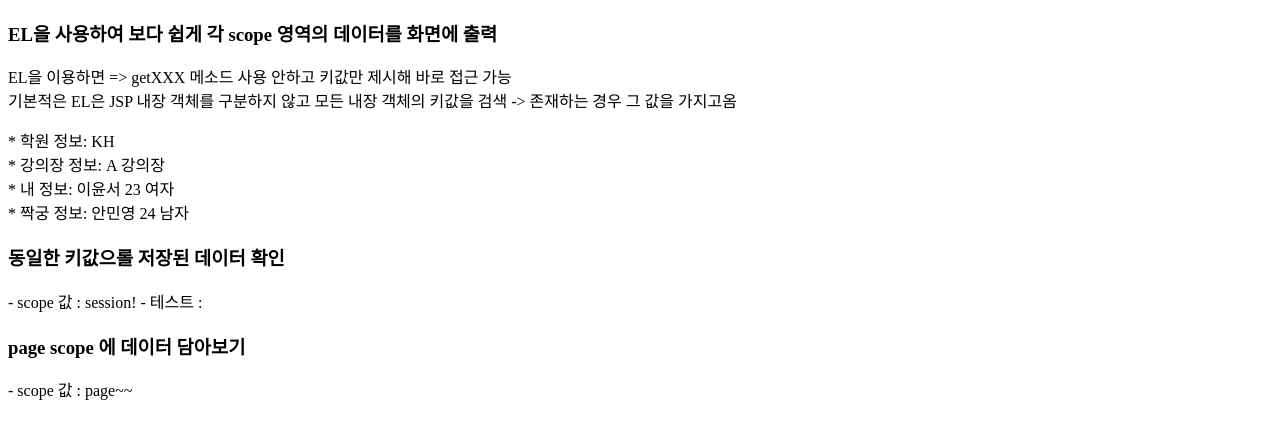
Repository: yoonseo0832/workspace
Page: http://localhost/2_jsp/el.do
An editor plug-in stored every save of this project. The page is shown before and after the next save, followed by the edit.
The browser window is 1280 px wide. The pictures show the whole page.
The page is served by Tomcat 9.

Above is the page before, as saved 2025-03-20 03:39:11.

### 05_server/2_jsp/src/main/webapp/views/2_EL/1_el.jsp
<%@ page language="java" contentType="text/html; charset=UTF-8"
    pageEncoding="UTF-8"%>
<%@ page import="model.vo.Student" %> <!-- 여러 개는 ,로 구분 -->
<!DOCTYPE html>
<html>
<head>
<meta charset="UTF-8">
<title>EL 기본 문법</title>
</head>
<body>
	<%--
	<h3>기존 방식(스크립틀릿, 표현식)으로 각 영역의 scope의 데이터를 화면에 출력</h3>
	<%
		//request scope의 데이터를 가져오기
		String classroom = (String)request.getAttribute("classroom");
		Student student = (Student)request.getAttribute("student");

		// session scope 의 데이터 가져오기
		String academy = (String)session.getAttribute("academy");
		Student std2 = (Student)session.getAttribute("student2");
	%>

	<p>
		* 학원 정보: <%=academy %><br>
		* 강의장 정보:  <%=classroom %><br>
		* 내 정보: <%=std2.getName() %>, <%=std2.getAge() %>, <%=std2.getGender() %><br>
		* 짝궁 정보: <%=student %><br>
	</p>
	--%>
	<h3>EL을 사용하여 보다 쉽게 각 scope 영역의 데이터를 화면에 출력</h3>
	<p>
		EL을 이용하면 => getXXX 메소드 사용 안하고 키값만 제시해 바로 접근 가능<br>
		기본적은 EL은 JSP 내장 객체를 구분하지 않고 모든 내장 객체의 키값을 검색 -> 존재하는 경우 그 값을 가지고옴
	</p>
	<p>
		* 학원 정보: ${ academy }<br>
		* 강의장 정보:  ${ classroom }<br>
		* 내 정보:	${ student2.name } ${ student2.age } ${ student2.gender }<br>
		* 짝궁 정보:	${ student.name } ${ student.age } ${ student.gender }
	</p>
	<h3>동일한 키값으롤 저장된 데이터 확인</h3>
	- scope 값 : ${scope}
	<!--
		EL 에서는 동일한 키값으로 저장된 데이터가 있는 경우
			- 공유 범위가 가장 작은 scope부터 검색 을 함
			page > request > session > application 순서대로 검색함
	 -->
	 - 테스트 : ${test }
	 <!-- 키값이 해당하는 값이 없을 경우 빈 값으로 표시됨 -->

	 <h3>page scope 에 데이터 담아보기</h3>
	 <%
	 	pageContext.setAttribute("scope", "page~~");
	 %>
	 - scope 값 : ${scope}
</body>
</html>

### 05_server/2_jsp/src/main/java/controller/ELServlet.java
package controller;

import java.io.IOException;

import javax.servlet.ServletContext;
import javax.servlet.ServletException;
import javax.servlet.annotation.WebServlet;
import javax.servlet.http.HttpServlet;
import javax.servlet.http.HttpServletRequest;
import javax.servlet.http.HttpServletResponse;
import javax.servlet.http.HttpSession;

import model.vo.Student;

/**
 * Servlet implementation class ELServlet
 */
@WebServlet("/el.do")
public class ELServlet extends HttpServlet {
	private static final long serialVersionUID = 1L;

    /**
     * @see HttpServlet#HttpServlet()
     */
    public ELServlet() {
        super();
        // TODO Auto-generated constructor stub
    }

	/**
	 * @see HttpServlet#doGet(HttpServletRequest request, HttpServletResponse response)
	 */
	protected void doGet(HttpServletRequest request, HttpServletResponse response) throws ServletException, IOException {
		// TODO Auto-generated method stub
		/*
		 * JSP 내장 객체 종류
		 * => 데이터를 담을 수 있는 공간
		 *
		 * 1)  ServletContext (application scope)
		 * 		: 한 어플리케이션 당 1개 존재하는 객체
		 * 		해당 영역에 데이터를 담을 경우 어플리케이션 전역에서 사용 가능
		 * 2) HttpSession (session scope)
		 * 		: 한 브라우저 당 1개 존재하는 객체
		 * 		해당 영역에 데이터를 담을 경우 jsp/servlet 단에서 사용 가능*(공유 가능 범위)
		 * 3) HttpServletRequest (request scope)
		 * 		: 요청마다 매번 생성되는 객체
		 * 		해당 영역에 데이터를 담을 경우 request 객체를 포워딩 받는 응답 jsp에서만 사용 가능
		 * 4) PageContext (page scope)
		 * 		:  jsp 마다 존재하는 객체
		 * 		해당 페이지에서만 사용 가능
		 * ---------------------------------------------------------------------
		 * 위의 4개의 객체들에
		 * 		데이터를 담을 때 xxx.setAttribute("키값", "데이터");
		 * 		데이터를 꺼낼 때 xxx.getAttribute("키값");
		 * 		데이터를 지울 때 xxx.removeAttribute("키값");
		 */

		// request scope 에 데이터 담기
		request.setAttribute("classroom", "A 강의장");
		request.setAttribute("student", new Student("안민영", 24, "남자"));

		//session scope 에 데이터 담기
		HttpSession session = request.getSession();

		session.setAttribute("academy", "KH");

		session.setAttribute("student2", new Student("이윤서", 23, "여자"));

		// request, session scope에 동일한 키값으로 데이터 담기
		request.setAttribute("scope", "request!");
		request.setAttribute("scope", "session!");

		// application scope 에 데이터 담기
		ServletContext application = request.getServletContext();
		application.setAttribute("scope", "application!");

		// jsp 페이지로 응답하기
		request.getRequestDispatcher("/views/2_EL/1_el.jsp").forward(request, response);
	}

	/**
	 * @see HttpServlet#doPost(HttpServletRequest request, HttpServletResponse response)
	 */
	protected void doPost(HttpServletRequest request, HttpServletResponse response) throws ServletException, IOException {
		// TODO Auto-generated method stub
		doGet(request, response);
	}

}

### 05_server/2_jsp/src/main/java/model/vo/Student.java
package model.vo;

public class Student {
	private String name;
	private int age;
	private String gender;

	public Student() {
		super();
	}

	public Student(String name, int age, String gender) {
		this.name = name;
		this.age = age;
		this.gender = gender;
	}

	public String getName() {
		return name;
	}

	public void setName(String name) {
		this.name = name;
	}

	public int getAge() {
		return age;
	}

	public void setAge(int age) {
		this.age = age;
	}

	public String getGender() {
		return gender;
	}

	public void setGender(String gender) {
		this.gender = gender;
	}

	@Override
	public String toString() {
		return "Student [name=" + name + ", age=" + age + ", gender=" + gender + "]";
	}

}

After the next save:
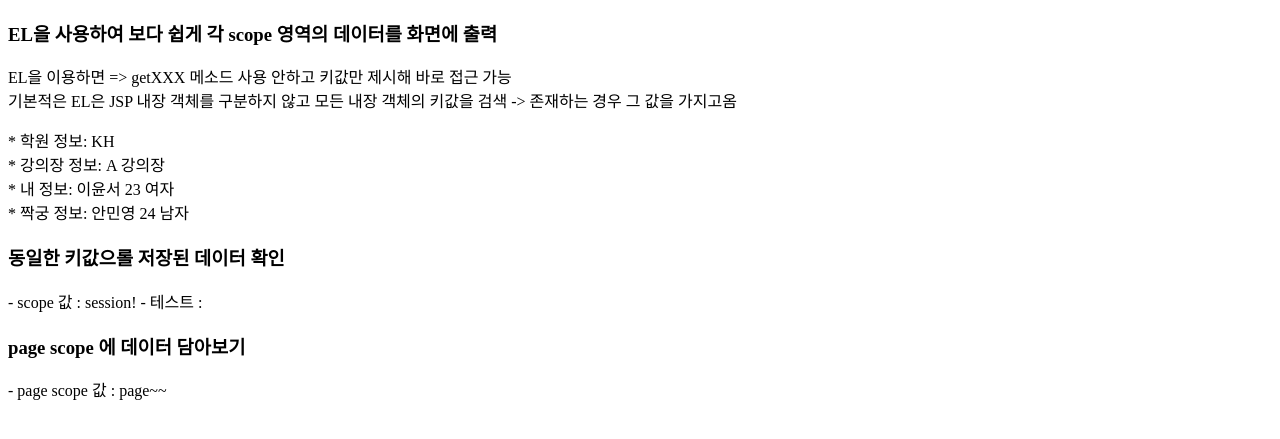
Saved 21 s later.
--- a/05_server/2_jsp/src/main/webapp/views/2_EL/1_el.jsp
+++ b/05_server/2_jsp/src/main/webapp/views/2_EL/1_el.jsp
@@ -52,6 +52,6 @@
 	 <%
 	 	pageContext.setAttribute("scope", "page~~");
 	 %>
-	 - scope 값 : ${scope}
+	 - page scope 값 : ${scope}
 </body>
 </html>
